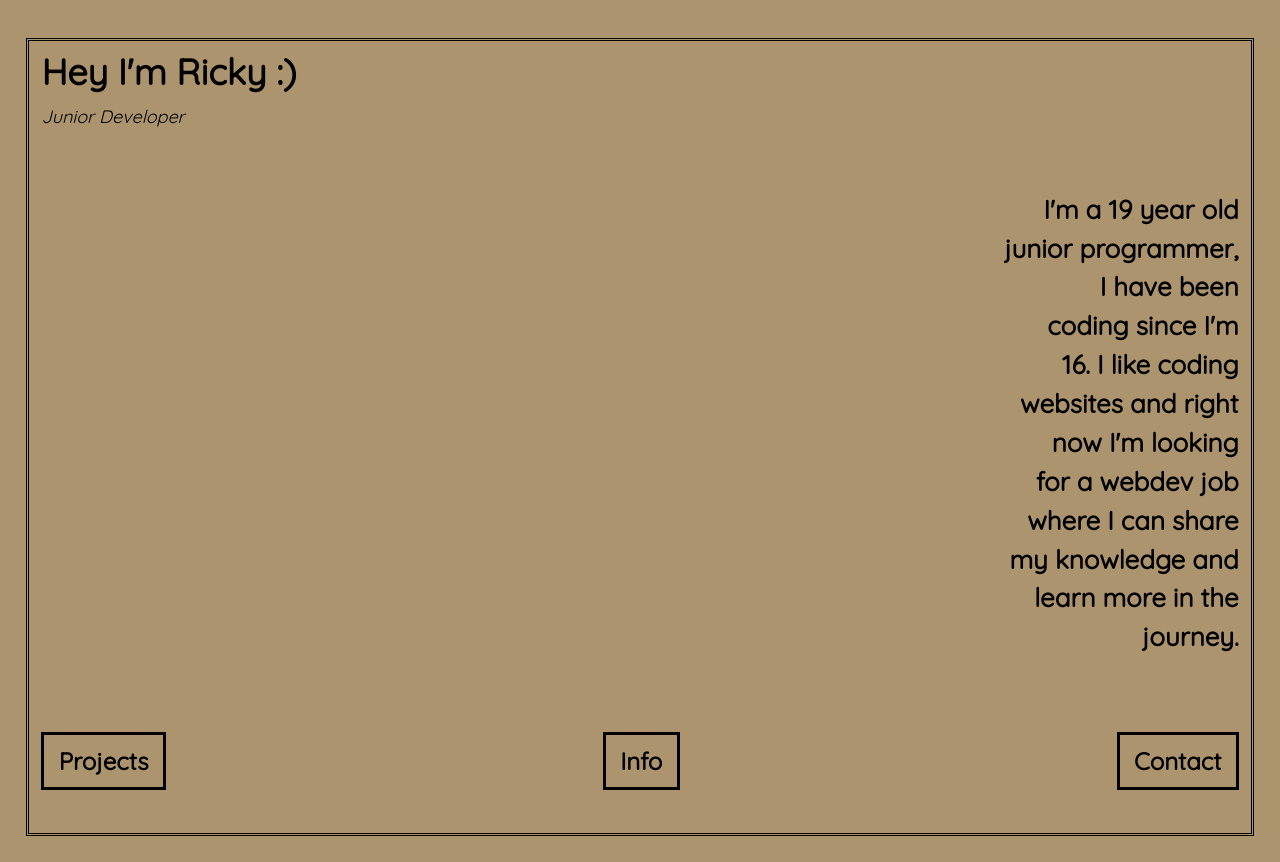
Repository: rickypcyt/ricky-react-portfolio
Page: /
These files come from the project's save history. The page is drawn as it stood at one moment and after the next save; the edit follows.
The browser window is 1280 px wide. The pictures show the whole page.
The project was rebuilt for these pictures with package versions that can differ from the ones it lists, and the page was loaded fresh each time. Also part of the build but not shown: src/pages/Info.js, src/pages/Projects.js, src/pages/Contact.js, src/pages/WebMural.js, src/pages/NotesJS.js.

Above is the page before, as saved 2022-09-12 15:10:41.

After the next save:
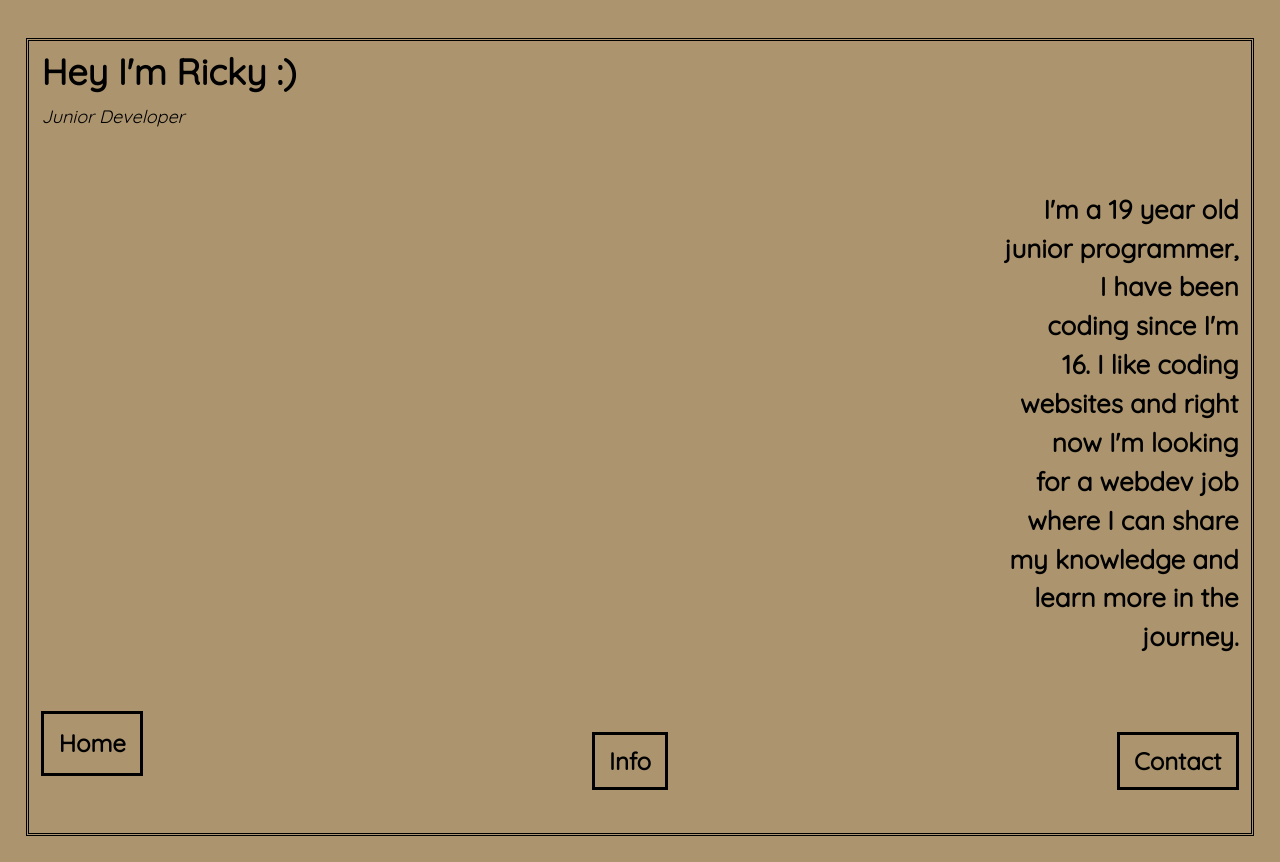
Saved 25 s later.
--- a/src/Content.js
+++ b/src/Content.js
@@ -29,8 +29,10 @@ export default function Content() {
           </section>
           <nav className="cabeceranavi">
             <ol>
-              <div className="oli">
-                <CustomLink to="projects">Projects</CustomLink>
+              <div>
+                <CustomLink to="/" className="oli">
+                  Home
+                </CustomLink>
               </div>
               <div className="oli">
                 <CustomLink to="info">Info</CustomLink>
